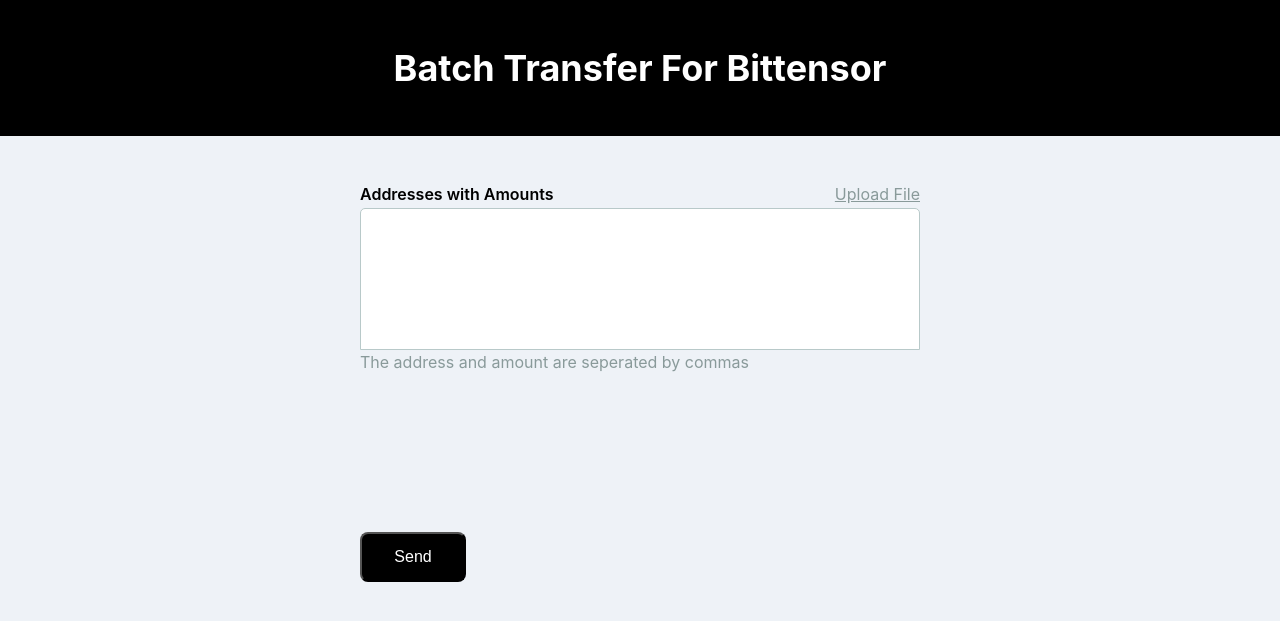
Repository: Dawid-Ace/batch_transfer_tao_master_ui
Page: /
The author's editor kept a copy of each file at every save. The page is drawn from the files as they stood at one save, then again after the next save.
The browser window is 1280 px wide. The pictures show the whole page.
The project was rebuilt for these pictures with package versions that can differ from the ones it lists, and the page was loaded fresh each time.

Above is the page before, as saved 2023-05-10 03:57:15.

### src/App.js
import './App.css';
import { TransferForm } from './components/TransferForm';

function App() {
  return (
    <div className="app-container">
      <div className="header-container">
        Batch Transfer For Bittensor
      </div>

      <div className="main-container">
        <TransferForm />
      </div>
    </div>
  );
}

export default App;

### src/App.css
.app-container {
	display: flex;
	flex-direction: column;
	position: relative;
	width: 100%;
	height: 100vh;
}

.header-container {
	display: flex;
	justify-content: center;
	align-items: center;
	padding-top: 46px;
	padding-bottom: 46px;
	background-color: black;
	font-size: 36px;
	color: white;
	font-weight: 700;
}

.main-container {
	display: flex;
	justify-content: center;
	padding-top: 46px;
	background-color: rgb(238, 242, 247);
	height: 100%;
}

### src/components/TransferForm/index.jsx
import React, { useEffect, useState } from "react";
import styled from 'styled-components';
import DataTable from 'react-data-table-component';

const columns = [
  {
    name: 'Title',
    selector: row => row.title,
  },
  {
    name: 'Year',
    selector: row => row.year,
  },
];
const data = [
  {
    id: 1,
    title: 'Beetlejuice',
    year: '1988',
  },
  {
    id: 2,
    title: 'Ghostbusters',
    year: '1984',
  },
]
export const TransferForm = () => {
  /*
  const fetchUserBalance = async address => {
    const res = await api.query.system.account(address);
    if (res.isEmpty) return 0;
    const { data } = res.toJSON();
    return data.free / UNIT;
  };

  const fetchAndSetUserBalance = async () => {
    const _balance = await fetchUserBalance(currentAccount.address);
    setBalance(_balance);
  };

  const getFromAccount = async () => {
    const {
      address,
      meta: { source, isInjected }
    } = currentAccount;

    if (!isInjected) {
      return [currentAccount];
    }

    // currentAccount is injected from polkadot-JS extension, need to return the addr and signer object.
    // ref: https://polkadot.js.org/docs/extension/cookbook#sign-and-send-a-transaction
    const injector = await web3FromSource(source);
    return [address, { signer: injector.signer }];
  };

  const txResHandler = ({ status }) => {
    setTxStatus({
      visible: true,
      ...(status.isFinalized
        ? { type: 'success', message: 'Success' }
        : { type: 'info', message: `Current transaction status: ${status.type}` })
    });
    if (status.isFinalized) fetchInfo();
  };

  const txErrHandler = err => {
    setTxStatus({ visible: true, type: 'error', message: `😞 Transaction Failed: ${err.toString()}` });
  };

  const submitTx = async tx => {
    setPending(true);
    const fromAccount = await getFromAccount();
    tx.signAndSend(...fromAccount, txResHandler)
      .catch(txErrHandler)
      .finally(() => setPending(false));
  };

  const onUnstake = () => {
    submitTx(api.tx.subtensorModule.removeStake(HOTKEY, Math.floor(amount * UNIT)));
  };
  */


  const FlexWrapper = styled.div`
    display: flex;
    justify-content: space-between;
    items-align: center;
  `

  const FormLabel = styled.p`
    color: black;
    font-weight: 600;
    font-size: 16px;
    line-height: 160%;
    margin: 0px;
  `;

  const UploadSwitch = styled.p`
    color: #899A9A;
    font-size: 16px;
    font-weight: 400;
    line-height: 160%;
    text-decoration: underline;
    margin: 0px;
  `

  const FormWrapper = styled.form`
    max-width: 560px;
    min-width: 560px;
    display: flex;
    flex-direction: column;

    max-height: 400px;
    min-height: 400px;
    position: relative;
  `;

  const FormInput = styled.div`
    border: solid 1px #B8C9C9;
    border-top-left-radius: 5px;
    border-top-right-radius: 5px;
    padding: 20px;
    background-color: white;
    min-height: 100px;
  `

  const Comment = styled.div`
    color: #899A9A;
    font-weight: 400;
    font-size: 16px;
    line-height: 160%;
  `
  const SendButton = styled.button`
    width: 106px;
    height: 50px;
    background: #000000;
    border-radius: 8px;
    font-weight: 400;
    font-size: 16px;
    line-height: 160%;
    color: white;
    position: absolute;
    bottom: 0px;
  `

  return (
    <FormWrapper>
      <FlexWrapper>
        <FormLabel>
          Addresses with Amounts
        </FormLabel>

        <UploadSwitch>
          Upload File
        </UploadSwitch>
      </FlexWrapper>

      <FormInput contentEditable placeholder="Insert address and amount, seperate with comma" />

      <Comment>
        The address and amount are seperated by commas
      </Comment>

      <SendButton>
        Send
      </SendButton>
    </FormWrapper>
  )
}

Loaded but not shown: public/index.html (common file); src/index.js (common file); src/index.css (common file); src/reportWebVitals.js (common file)

After the next save:
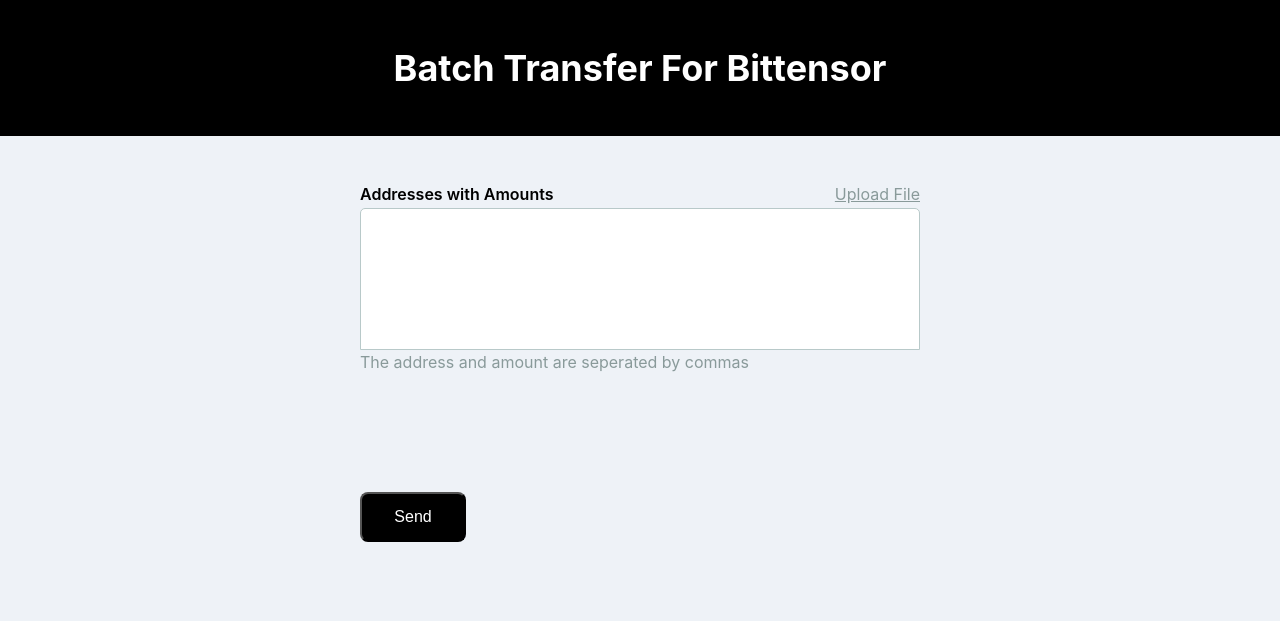
Saved 15 s later.
--- a/src/components/TransferForm/index.jsx
+++ b/src/components/TransferForm/index.jsx
@@ -111,8 +111,8 @@
     display: flex;
     flex-direction: column;
 
-    max-height: 400px;
-    min-height: 400px;
+    max-height: 360px;
+    min-height: 360px;
     position: relative;
   `;
 
